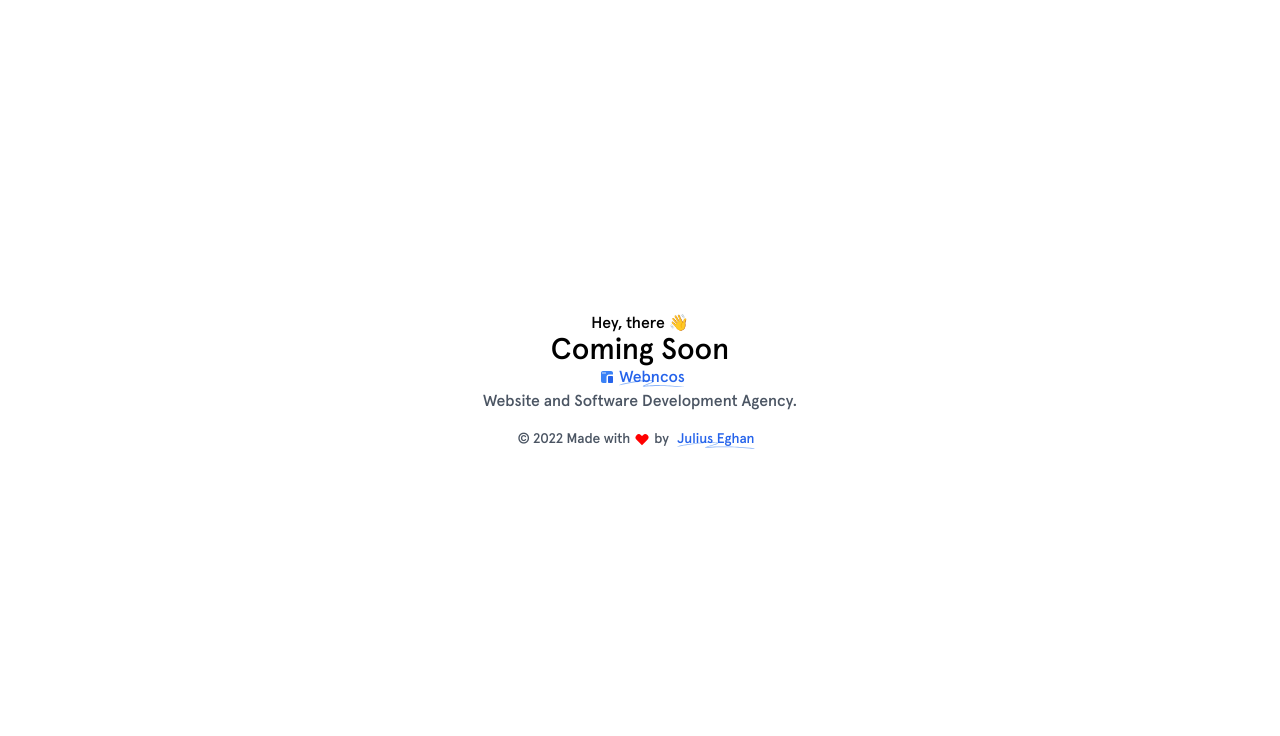
Repository: 1realjulius/webncos
Page: /
These files come from the project's save history. The page is drawn as it stood at one moment and after the next save; the edit follows.
The browser window is 1280 px wide. The pictures show the whole page.
The project was rebuilt for these pictures with package versions that can differ from the ones it lists, and the page was loaded fresh each time. The framework's server and built-in components were replaced by stand-ins that run in the browser. Also part of the build but not shown: next.config.js.

Above is the page before, as saved 2022-08-14 05:30:30.

### pages/index.tsx
import type { NextPage } from 'next'
import Head from 'next/head'
import Image from 'next/image'
import ComingSoon from '../components/ComingSoon'

const Home: NextPage = () => {
  return (
    <div className="flex min-h-screen flex-col items-center justify-center py-2 font-ApercuMedium">
      <Head>
      <title>Webncos</title>
        <meta name="description" content="Website and Software Development Agency." />
        <meta property="og:type" content="website"/>
        <meta property="og:url" content="https://www.webncos.com/"/>
        <meta property="og:title" content="Webncos — Website and Software Development Agency."/>
        <meta property="og:description" content="Website and Software Development Agency."/>
        {/* <meta property="og:image" content="/Assets/newmemoji.svg"/> */}
        {/* <meta property="twitter:card" content="/Assets/Julius_Eghan.jpg"/> */}
        <meta property="twitter:url" content="https://www.webncos.com/"/>
        <meta property="twitter:title" content="Webncos — Website and Software Development Agency."/>
        <meta property="twitter:description" content="Website and Software Development Agency."/>
        {/* <meta property="twitter:image" content="/Assets/Julius_Eghan.jpg"/> */}
        <link rel="icon" href="/favicon.ico" />
        {/* <meta name="google-site-verification" content="0HesePHVymRqGiL70HUKPIq0Zsap0uUIb_Ci0DpImRY" /> */}
        <meta name="theme-color" content="#f7f2f2"   media="(prefers-color-scheme: light)"/>
        <meta name="theme-color" content="#090c10"   media="(prefers-color-scheme: dark)"/>
      </Head>
      <ComingSoon/>

    </div>
  )
}

export default Home

### styles/globals.css
@tailwind base;
@tailwind components;
@tailwind utilities;

@layer base{
      @font-face{
        font-family: 'ApercuBold';
        src: url("/Fonts/ApercuPro-Bold.woff") format("woff"),url("/Fonts/ApercuPro-Bold.woff2") format("woff2");
      }
      @font-face{
        font-family: 'ApercuMedium';
        src: url("/Fonts/ApercuPro-Medium.woff") format("woff"),url("/Fonts/ApercuPro-Medium.woff2") format("woff2");
      }
    }

### components/ComingSoon.tsx
import Image from "next/image";
import Link from "next/link";
import React from "react";

const ComingSoon = () => {
  return (
    <div className="min-h-screen flex flex-col items-center justify-center md:p-8 p-6">
      <div className="flex flex-col items-center justify-center pt-16">
        <h1 className="">Hey, there 👋</h1>
      </div>
      <div className="flex flex-col items-center justify-center">
        <h1 className="text-3xl leading-none">Coming Soon</h1>
      </div>
      <div className="flex flex-col items-center justify-center mb-6">
        <div>
          <h1 className="text-base leading-none flex flex-row items-center">
            <span>
              <svg className="h-6 w-6 " viewBox="0 0 24 24" fill="none">
              <path
                  fill-rule="evenodd"
                  clip-rule="evenodd"
                  d="M8 6C6.89543 6 6 6.89543 6 8V16C6 17.1046 6.89543 18 8 18H10.5C11.0523 18 11.5 17.5523 11.5 17V12C11.5 10.6193 12.6193 9.5 14 9.5H18V8C18 6.89543 17.1046 6 16 6H8ZM7.25 8C7.25 7.58579 7.58579 7.25 8 7.25H8.01C8.42421 7.25 8.76 7.58579 8.76 8C8.76 8.41421 8.42421 8.75 8.01 8.75H8C7.58579 8.75 7.25 8.41421 7.25 8ZM10 7.25C9.58579 7.25 9.25 7.58579 9.25 8C9.25 8.41421 9.58579 8.75 10 8.75H10.01C10.4242 8.75 10.76 8.41421 10.76 8C10.76 7.58579 10.4242 7.25 10.01 7.25H10Z"
                  fill="#E879F9"
                  className="fill-blue-500 "
                ></path>
                <path
                  d="M13 12C13 11.4477 13.4477 11 14 11H17C17.5523 11 18 11.4477 18 12V17C18 17.5523 17.5523 18 17 18H14C13.4477 18 13 17.5523 13 17V12Z"
                  fill="#F0ABFC"
                  className="fill-blue-600 "
                ></path>
              </svg>
            </span>
            <span className="relative whitespace-nowrap text-blue-600 cursor-pointer">
              <svg
                aria-hidden="true"
                viewBox="0 0 418 42"
                className="absolute top-2/3 left-0 h-[0.48em] w-full fill-blue-500/60"
                preserveAspectRatio="none"
              >
                <path d="M203.371.916c-26.013-2.078-76.686 1.963-124.73 9.946L67.3 12.749C35.421 18.062 18.2 21.766 6.004 25.934 1.244 27.561.828 27.778.874 28.61c.07 1.214.828 1.121 9.595-1.176 9.072-2.377 17.15-3.92 39.246-7.496C123.565 7.986 157.869 4.492 195.942 5.046c7.461.108 19.25 1.696 19.17 2.582-.107 1.183-7.874 4.31-25.75 10.366-21.992 7.45-35.43 12.534-36.701 13.884-2.173 2.308-.202 4.407 4.442 4.734 2.654.187 3.263.157 15.593-.78 35.401-2.686 57.944-3.488 88.365-3.143 46.327.526 75.721 2.23 130.788 7.584 19.787 1.924 20.814 1.98 24.557 1.332l.066-.011c1.201-.203 1.53-1.825.399-2.335-2.911-1.31-4.893-1.604-22.048-3.261-57.509-5.556-87.871-7.36-132.059-7.842-23.239-.254-33.617-.116-50.627.674-11.629.54-42.371 2.494-46.696 2.967-2.359.259 8.133-3.625 26.504-9.81 23.239-7.825 27.934-10.149 28.304-14.005.417-4.348-3.529-6-16.878-7.066Z"></path>
              </svg>
              <span className="relative leading-none">Webncos</span>
            </span>
          </h1>
        </div>
        <div>
          <p className="text-gray-600">
            Website and Software Development Agency.
          </p>
        </div>
        <div>
          <p className="flex flex-row text-sm my-4 text-gray-600">
            <span className="flex flex-row items-center">
              <span>© 2022 Made with </span>
              <span>
                <svg
                  xmlns="http://www.w3.org/2000/svg"
                  className="h-4 w-4 mx-1"
                  viewBox="0 0 20 20"
                  fill="red"
                >
                  <path
                    fill-rule="evenodd"
                    d="M3.172 5.172a4 4 0 015.656 0L10 6.343l1.172-1.171a4 4 0 115.656 5.656L10 17.657l-6.828-6.829a4 4 0 010-5.656z"
                    clip-rule="evenodd"
                  />
                </svg>
              </span>{" "}
              by
            </span>
            <Link href="https://www.iamjulius.com/">
              <span className="relative whitespace-nowrap text-blue-600 cursor-pointer mx-2">
                <svg
                  aria-hidden="true"
                  viewBox="0 0 418 42"
                  className="absolute top-2/3 left-0 h-[0.48em] w-full fill-blue-500/60"
                  preserveAspectRatio="none"
                >
                  <path d="M203.371.916c-26.013-2.078-76.686 1.963-124.73 9.946L67.3 12.749C35.421 18.062 18.2 21.766 6.004 25.934 1.244 27.561.828 27.778.874 28.61c.07 1.214.828 1.121 9.595-1.176 9.072-2.377 17.15-3.92 39.246-7.496C123.565 7.986 157.869 4.492 195.942 5.046c7.461.108 19.25 1.696 19.17 2.582-.107 1.183-7.874 4.31-25.75 10.366-21.992 7.45-35.43 12.534-36.701 13.884-2.173 2.308-.202 4.407 4.442 4.734 2.654.187 3.263.157 15.593-.78 35.401-2.686 57.944-3.488 88.365-3.143 46.327.526 75.721 2.23 130.788 7.584 19.787 1.924 20.814 1.98 24.557 1.332l.066-.011c1.201-.203 1.53-1.825.399-2.335-2.911-1.31-4.893-1.604-22.048-3.261-57.509-5.556-87.871-7.36-132.059-7.842-23.239-.254-33.617-.116-50.627.674-11.629.54-42.371 2.494-46.696 2.967-2.359.259 8.133-3.625 26.504-9.81 23.239-7.825 27.934-10.149 28.304-14.005.417-4.348-3.529-6-16.878-7.066Z"></path>
                </svg>
                <span className="relative">Julius Eghan</span>
              </span>
            </Link>
          </p>
        </div>
      </div>
    </div>
  );
};

export default ComingSoon;

### tailwind.config.js
/** @type {import('tailwindcss').Config} */
module.exports = {
  content: [
    './pages/**/*.{js,ts,jsx,tsx}',
    './components/**/*.{js,ts,jsx,tsx}',
  ],
  theme: {
    extend: {
      fontFamily: {
        ApercuBold: 'ApercuBold, sans',
        ApercuMedium: 'ApercuMedium, sans',
      },
    },
  },
  plugins: [],
}

Loaded but not shown: pages/_app.tsx (common file); pages/api/hello.ts (common file)

After the next save:
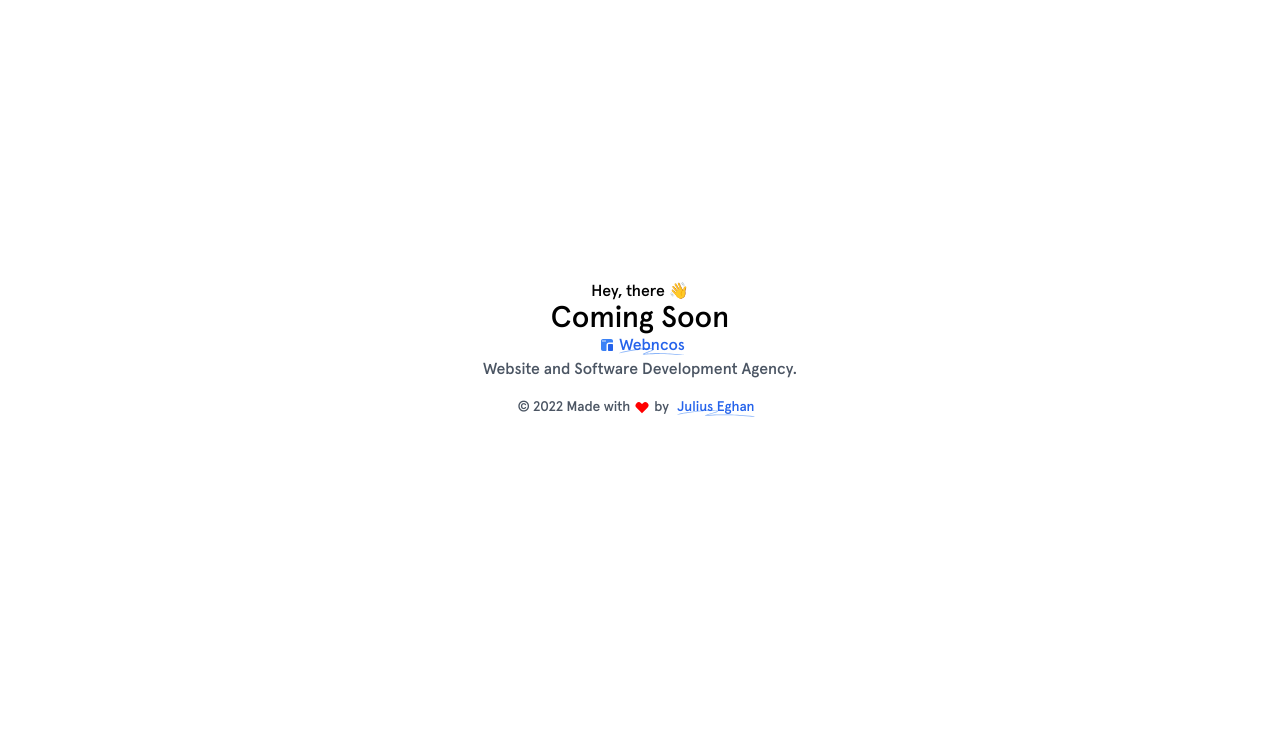
Saved 49 s later.
--- a/components/ComingSoon.tsx
+++ b/components/ComingSoon.tsx
@@ -5,7 +5,7 @@ import React from "react";
 const ComingSoon = () => {
   return (
     <div className="min-h-screen flex flex-col items-center justify-center md:p-8 p-6">
-      <div className="flex flex-col items-center justify-center pt-16">
+      <div className="flex flex-col items-center justify-center">
         <h1 className="">Hey, there 👋</h1>
       </div>
       <div className="flex flex-col items-center justify-center">
